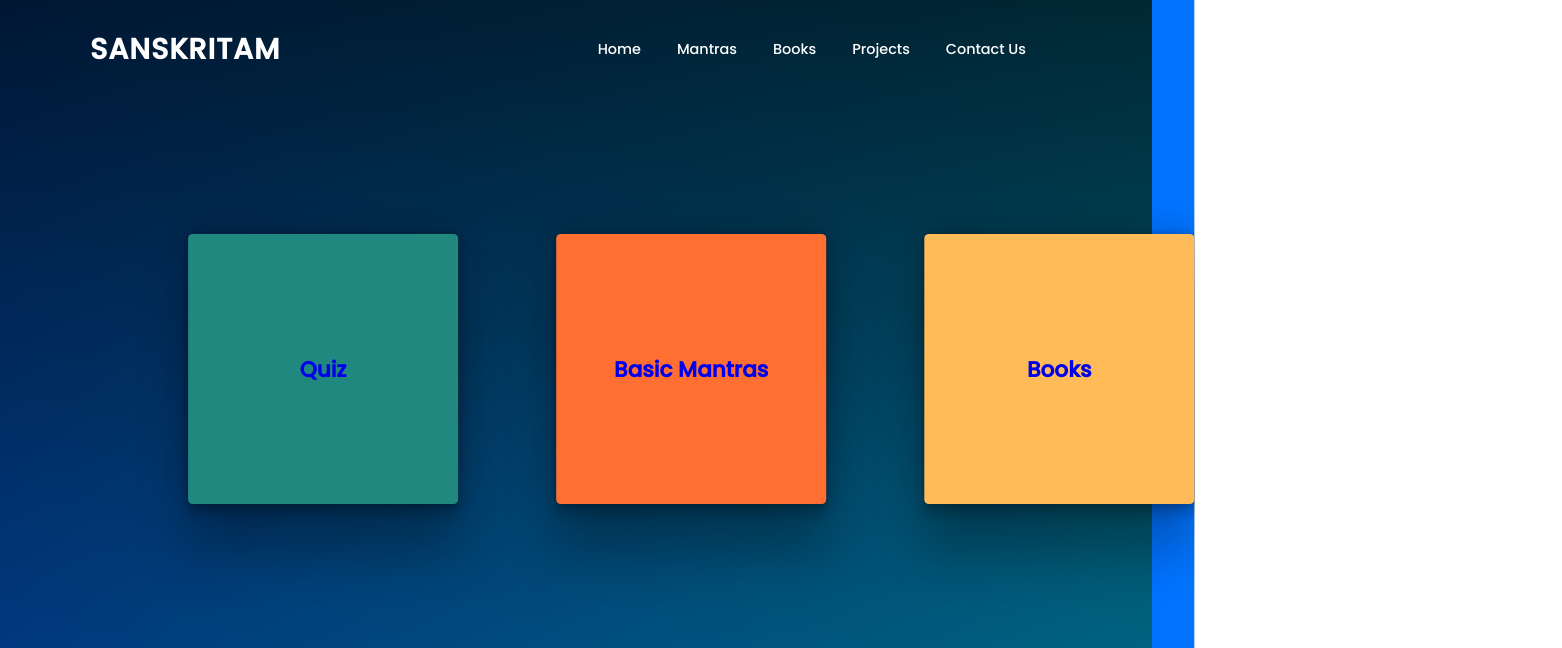
Repository: ritikalohia/Sanskritam
Page: index.html
These files come from the project's save history. The page is drawn as it stood at one moment and after a run of saves; the edit follows.
The browser window is 1280 px wide. The page is 1327 px wide, then 1736 px, so the pictures cover 1736 px, including what lies to the right of the window. The pictures show the whole page, at 90% of full size.

Above is the page before, as saved 2021-01-04 15:40:00.

### index.html
<!DOCTYPE html>
<html lang="en">
<head>
    <meta charset="UTF-8">
    <meta name="viewport" content="width=device-width, initial-scale=1.0">
    <link rel="stylesheet" href="style.css">
    <link href="https://fonts.googleapis.com/css2?family=Poppins:wght@500&display=swap" rel="stylesheet">
    <title>Sanskritam</title>
</head>
<body>
    <section>
        <header>
            <a href="#" class="logo">Sanskritam</a>
            <div class="toggleMenu" onclick="toggleMenu();"></div>
            <ul class="navigation">
                <li><a href="/index.html" class="left">Home</a></li>
                <li><a href="/Mantra/mantra.html" class="left">Mantras</a></li>
                <li><a href="/Books/books.html" class="left">Books</a></li>
                <li><a href="/quiz.html" class="left">Projects</a></li>
                <li><a href="/contact_us/contact.html" class="left">Contact Us</a></li>

        </header>
        <div class="sanskrit">
            <!-- <div class="cards C1" data-hover="पाठ">
                <h1>Lessons</h1>
            </div> -->
            <div class="cards C2" data-hover="प्रश्नोत्तरी">
                <h1><a href="producthorn-sanskrit/quiz.html">Quiz</a></h1>
            </div>
            <div class="cards C3" data-hover="Mantra">
                <h1><a href="/Mantra/mantra.html">Basic Mantras</a></h1>
            </div>
            <div class="cards C4" data-hover="पुस्तक">
                <h1><a href="Books/books.html">Books</a></h1>
            </div>
        </div>

    </section>
    <script type="text/javascript">
        function toggleMenu(){
            const toggleMenu = document.querySelector('.toggleMenu');
            const navigation = document.querySelector('.navigation');
            toggleMenu.classList.toggle('active');
            navigation.classList.toggle('active');
        }
    </script>
</body>
</html>

### style.css


*{
    margin: 0;
    padding: 0;
    box-sizing: border-box;
    font-family: 'Poppins', sans-serif;
}


section{
    position: relative;
    width: 100%;
    min-height: 100vh;
    background: linear-gradient(rgba(0,0,0,.8), rgba(0,0,0,.5));
    background-size: cover;
    background-position: center;
    display: flex;
    justify-content: flex-start;
    align-items: center;
    padding: 100px;
}

header{
    position: absolute;
    top: 0;
    left: 0;
    width: 100%;
    padding: 30px 100px;
    display: flex;
    justify-content: space-between;
    align-items: center;
    cursor: pointer;
}

header .logo{
    position: relative;
    font-size: 2em;
    color: #fff;
    text-transform: uppercase;
    font-weight: 700;
    text-decoration: none;
    letter-spacing: 1px;
}

header .navigation{
    position: relative;
    display: flex;
}

header .navigation li{
    list-style: none;
}

header .navigation li a{
    display: inline-block;
    color: #fff;
    margin-right: 40px;
    text-decoration: none;

}

header .navigation li a:hover{
    color: #03a9f4;
}
a.left
{
    position: relative;
}

header .navigation li a.left:before {
  content: "";
  position: absolute;
  width: 0;
  height: 2px;
  bottom: 0;
  left: 0;
  background-color: #03a9f4;
  visibility: hidden;
  transition: all 0.3s ease-in-out;
}
header .navigation li a.left:hover:before {
    visibility: visible;
    width: 100%;
  }



@media (max-width: 991px)
{
    header{
        padding: 15px 40px;
    }
    section{
        padding: 40px;
        background: linear-gradient(rgba(0,0,0,.8), rgba(0,0,0,.5));
        background-size: cover;
        background-position: center;
    }

    header .navigation{
        position: fixed;
        top: 0;
        bottom: 0;
        left: 0;
        right: 0;
        background: #000;
        z-index: 10;
        display: none;
        justify-content: center;
        align-items: center;
        flex-direction: column;
    }

    header .navigation.active{
        display: flex;
    }
    header .navigation li a{
        font-size: 24px;
        margin: 10px 0;
    }
    .toggleMenu{
        position: relative;
        right: 10px;
        width: 30px;
        height: 30px;
        background: url(menu.png);
        background-position: center;
        background-size: 30px;
        background-repeat: no-repeat;
        cursor: pointer;
        z-index: 11;
    }

    .toggleMenu.active{
        background: url(close.png);
        background-position: center;
        background-size: 25px;
        background-repeat: no-repeat;
    }
}


.sanskrit {
    display: flex;
    align-items: center;
    justify-content: center;
    margin-top: 100px;

  }

  .sanskrit .cards{
    width: 300px;
    height: 300px;
    border-radius: 5px;
    /* margin: 20px; */
    margin-left: 109px;
    display: flex;
    align-items: center;
    justify-content: center;
    cursor: pointer;
    font-family: 'Open Sans', sans-serif;
    box-shadow: rgba(0, 0, 0, 0.25) 0px 54px 55px, rgba(0, 0, 0, 0.12) 0px -12px 30px, rgba(0, 0, 0, 0.12) 0px 4px 6px, rgba(0, 0, 0, 0.17) 0px 12px 13px, rgba(0, 0, 0, 0.09) 0px -3px 5px;
  }

  @media only screen and (max-width: 320px) {
  .sanskrit {
    flex-direction:column;
    margin-left: -30px;
   }

   .sanskrit .cards{
       margin-left: 0px;
   }

   header .logo{
       font-size: 1.5em;
   }
}

    .C2{
      background-color: #20887f;
    }

    /* .C2{
        background-color: #A73C11;
    } */

    .C3{
        background-color: #FF6F32;
    }

    .C4{
        background-color: #FFBB58;
    }

    /* .cards:hover{
      font-size: 0;
      box-shadow: rgba(0, 0, 0, 0.56) 0px 22px 70px 4px;
  } */

    /* .sanskrit .cards:hover:after{
        content: attr(data-hover);
        font-size: 30px;
    } */




    body{
        background: -webkit-linear-gradient(left, #0072ff, #00c6ff);
    }
    .contact-form{
        background: #fff;
        margin-top: 5%;
        width: 70%;
    }
    .contact-form .form-control{
        border-radius:1rem;
    }
    .contact-image{
        text-align: center;
    }
    .contact-image img{
        border-radius: 6rem;
        width: 11%;
        margin-top: -3%;
        transform: rotate(29deg);
    }
    .contact-form form{
        padding: 14%;
    }
    .contact-form form .row{
        margin-bottom: -7%;
    }
    .form-group{
        margin-top: 10px;
    }
    .contact-form h3{
        margin-bottom: 8%;
        margin-top: -10%;
        text-align: center;
        color: #0062cc;
    }
    .contact-form .btnContact {
        width: 50%;
        border: none;
        border-radius: 1rem;
        padding: 1.5%;
        background: #dc3545;
        font-weight: 600;
        color: #fff;
        cursor: pointer;
        margin-top: 8px;
    }
    .btnContactSubmit
    {
        width: 50%;
        border-radius: 1rem;
        padding: 1.5%;
        color: #fff;
        background-color: #0062cc;
        border: none;
        cursor: pointer;
    }



/* Quiz */
#Quiz{
    margin: 40px 20%;
}

.quiz-heading{
    background-color: #FFF0DE;
    box-shadow: 0px 0px 15px #000;
    border-radius: 15px;
    padding: 15px;
    margin-bottom: 20px;
    text-align: center;
}

.question{
    background-color: #FFF0DE;
    box-shadow: 0px 0px 15px #000;
    border-radius: 15px;
    padding: 15px;
    margin-bottom: 20px;
    font-size: 20px;
    font-weight: bold;
}

.question .row{
    margin-bottom: 13px;
}

.question img{
    width: 200px;
}

.question .question-no{
    text-align: center;
}

.options{
    display: flex;
    justify-content: space-around;
}

.options span{
    padding: 10px 15px;
    background-color: white;
    border-radius: 4px;
    transition: 0.5s;
}

.options input{
    display: none;
}

input[type="radio"]:checked+span{
    background-color: #FFBB58;
    box-shadow: 0px 0px 10px black;
}

.actions {
    margin-top: 20px;
}

.actions button{
    box-shadow: 0px 0px 5px black;
}

.actions .submit{
    display: none;
}

.actions .alert{
    color: white;
}





/* Mantras */

.image-grid-item{
    margin-top: 30px;

}

.image-grid-cover {
    width: 80%;
    background-size: cover;
    min-height: 150px;
    margin-left: 30px;
    position: relative;
    margin-bottom: 30px;
    text-shadow: rgba(0,0,0,.8) 0 1px 0;
    border-radius: 4px;
}
.image-grid-clickbox {
    position: absolute;
    top: 0;
    right: 0;
    bottom: 0;
    left: 0;
    display: block;
    width: 100%;
    height: 100%;
    z-index: 20;
    background: rgba(0,0,0,.45);
}
.cover-wrapper {
    font-size: 18px;
    text-align: center;
    display: block;
    color: #fff;
    text-shadow: rgba(0,0,0,.8) 0 1px 0;
    z-index: 21;
    position: relative;
    top: 50px;
}
a, a:focus, a:hover {
    text-decoration: none;
    outline: 0;
}

After the next 2 saves:
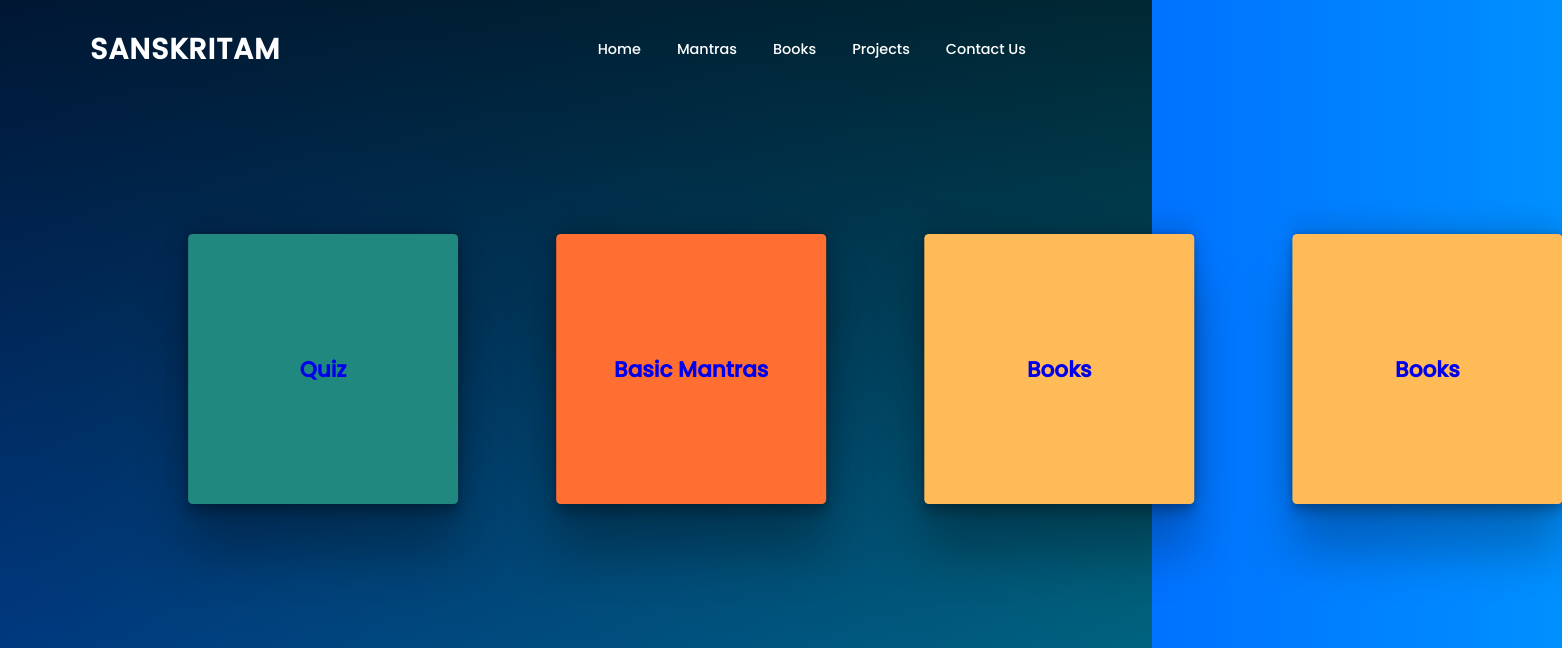
The 2 saves are shown as one change because they came seconds apart.
The last was saved 50 min 55 s later.
--- a/index.html
+++ b/index.html
@@ -33,6 +33,9 @@
             <div class="cards C4" data-hover="पुस्तक">
                 <h1><a href="Books/books.html">Books</a></h1>
             </div>
+            <div class="cards C4" data-hover="पुस्तक">
+                <h1><a href="Books/books.html">Books</a></h1>
+            </div>
         </div>
 
     </section>
